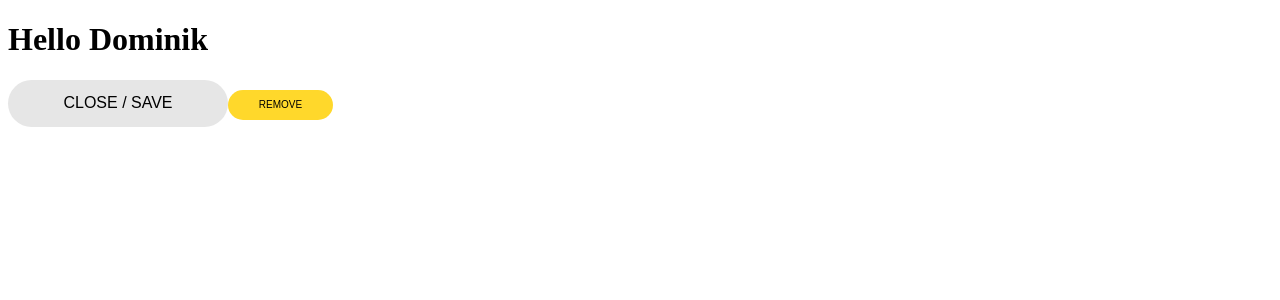
Repository: K009/entertainment-you-need
Page: /
These files come from the project's save history. The page is drawn as it stood at one moment and after the next save; the edit follows.
The browser window is 1280 px wide. The pictures show the whole page.
The project was rebuilt for these pictures with package versions that can differ from the ones it lists, and the page was loaded fresh each time.

Above is the page before, as saved 2020-06-26 15:49:15.

### src/index.js
import React from 'react';
import ReactDOM from 'react-dom';
import Root from './views/Root/Root';

ReactDOM.render(
  <React.StrictMode>
    <Root />
  </React.StrictMode>,
  document.getElementById('root'),
);

### src/views/Root/Root.js
import React from 'react';
import styled from 'styled-components';
import Button from '../../components/Button/Button';
import GlobalStyle from '../../Theme/GlobalStyle';

const Root = () => (
  <div>
    <GlobalStyle />
    <h1>Hello Dominik</h1>
    <Button>Close / Save</Button>
    <Button secondary>Remove</Button>
  </div>
);

export default Root;

### src/components/Button/Button.js
import React from 'react';
import styled, { css } from 'styled-components';

const Button = styled.button`
  padding: 0;
  background-color: #e6e6e6;
  width: 220px;
  height: 47px;
  border: none;
  border-radius: 50px;
  font-weight: 500;
  font-size: 16px;
  text-transform: uppercase;

  ${(
    { secondary }, //jesli pierwsza i druga jest prawdziwa zwraca zawartosc drugiej
  ) =>
    secondary &&
    css`
      background-color: #ffd82b;
      width: 105px;
      height: 30px;
      font-size: 10px;
    `}
`;

export default Button;

### src/Theme/GlobalStyle.js
import { createGlobalStyle } from 'styled-components';

const GlobalStyle = createGlobalStyle`
  @import url('https://fonts.googleapis.com/css2?family=Montserrat&display=swap');

  *, *::before, *::after {
      box-sizing: border-box;
      -webkit-font-smoothing: antialiased;
      -moz-osx-font-smoothing: grayscale;
  }
html{
    font-size: 62.5%; //1rem == 16 px 62.5% to 10px
}

body{
    font-size: 1.6rem; //happy reams
    font-family: 'Montserrat' sans-serif;
}
`;

export default GlobalStyle;

Loaded but not shown: public/index.html (common file)

After the next save:
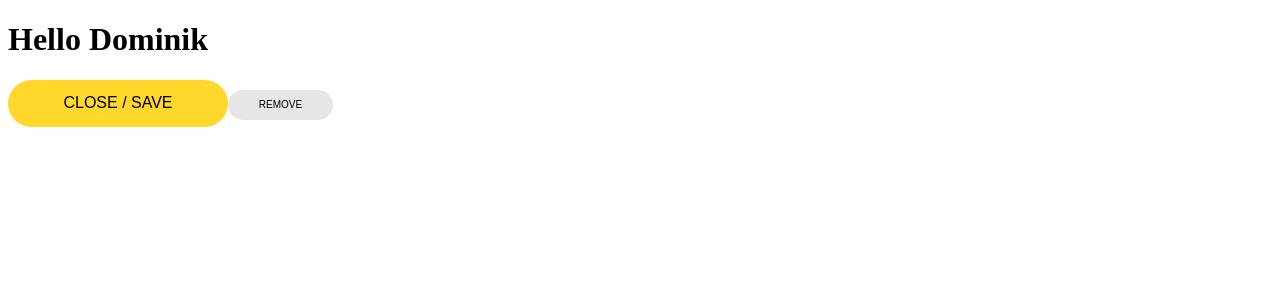
Saved 46 s later.
--- a/src/components/Button/Button.js
+++ b/src/components/Button/Button.js
@@ -3,7 +3,7 @@ import styled, { css } from 'styled-components';
 
 const Button = styled.button`
   padding: 0;
-  background-color: #e6e6e6;
+  background-color: #ffd82b;
   width: 220px;
   height: 47px;
   border: none;
@@ -17,7 +17,7 @@ const Button = styled.button`
   ) =>
     secondary &&
     css`
-      background-color: #ffd82b;
+      background-color: #e6e6e6;
       width: 105px;
       height: 30px;
       font-size: 10px;
